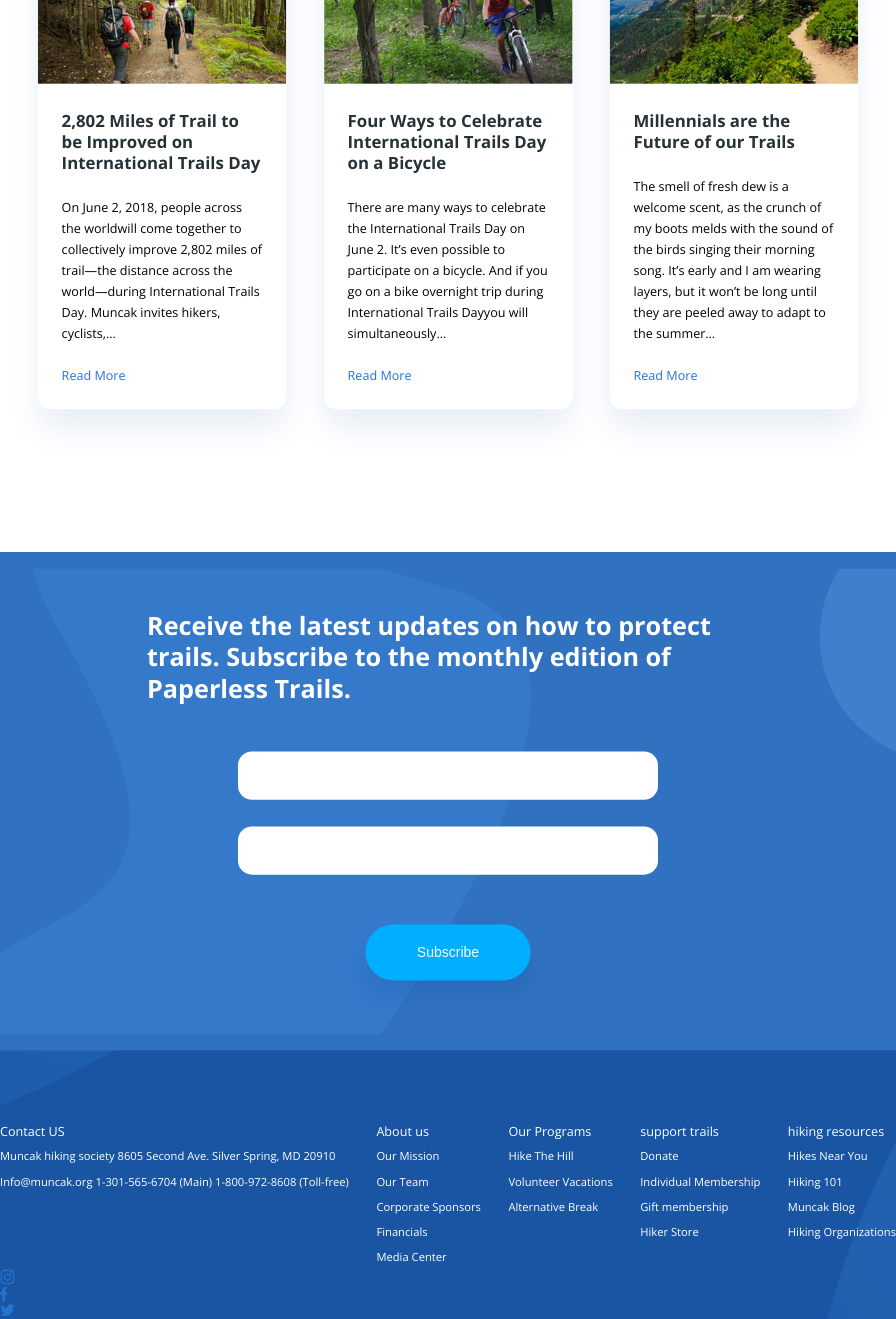
Repository: huubinh98/Project
Page: muncak/index.html
These files come from the project's save history. The page is drawn as it stood at one moment and after the next save; the edit follows.
The browser window is 1280 px wide. The pictures show the part of the page from y = 3722 to 5642 px (the page is 5606 px tall before and 5642 px after), at 70% of full size.

Above is the page before, as saved 2021-08-28 22:03:39.

After the next save:
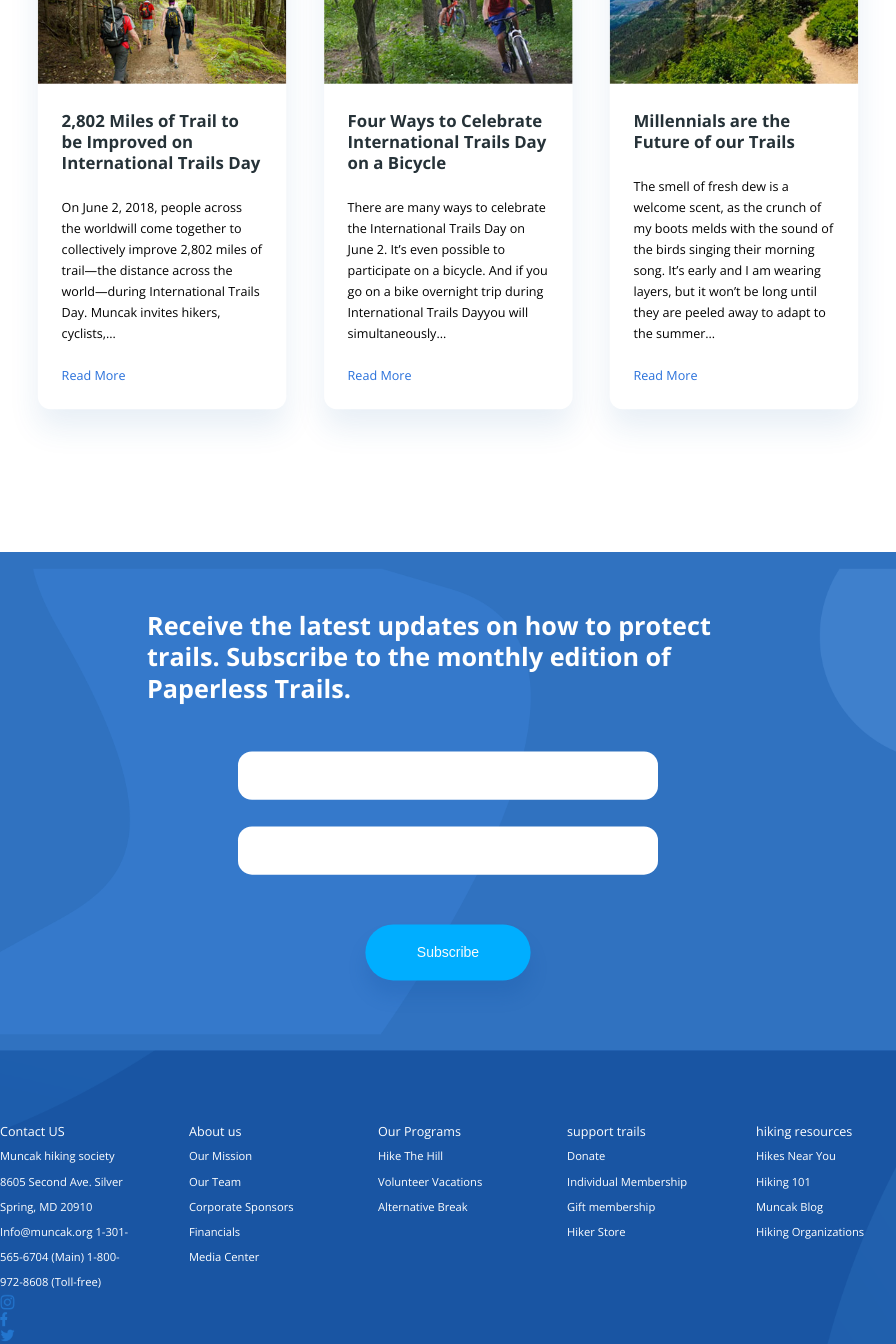
Saved 3 min 50 s later.
--- a/muncak/style.css
+++ b/muncak/style.css
@@ -327,6 +327,11 @@ a {
     justify-content: space-between;
     margin-top: 97px;
 }
+
+.footer-item {
+    flex-basis: 200px;
+}
+
 .footer-item-name{
     font-size: 1.8rem;
     line-height: 3.6rem;
